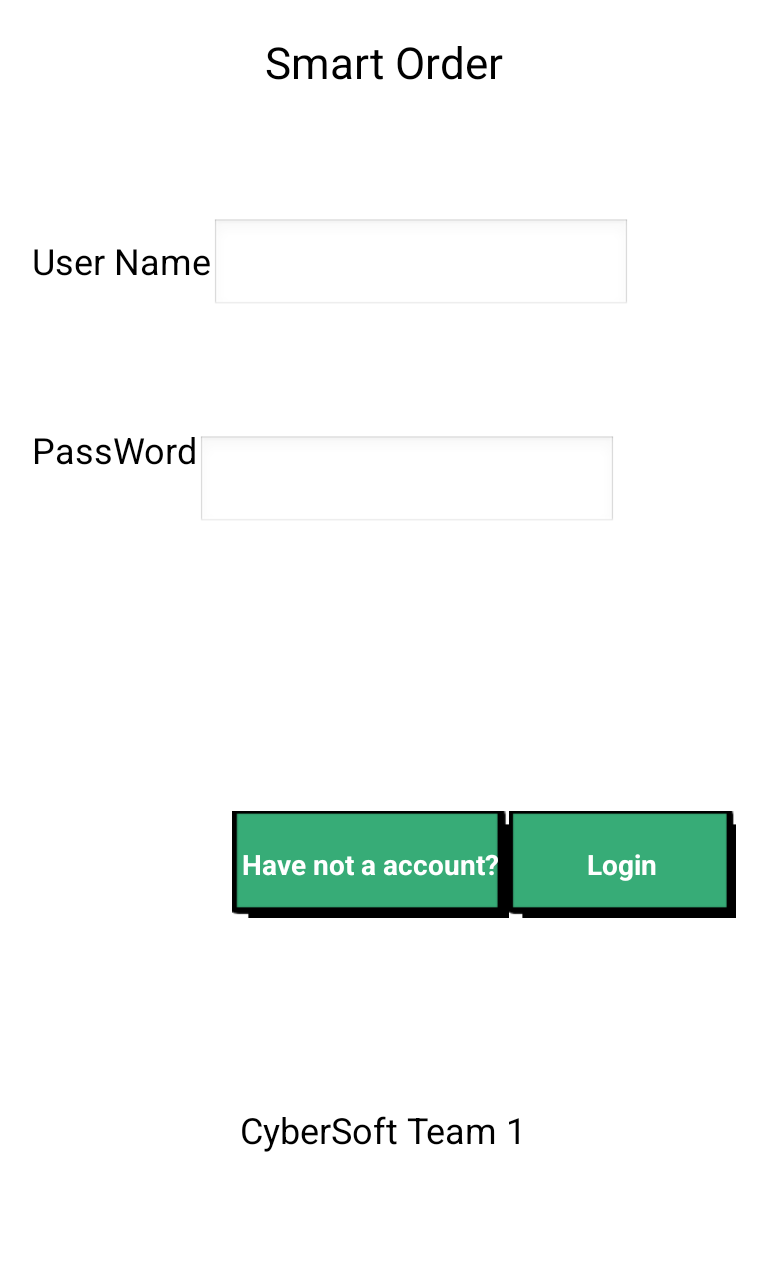
Repository: VanThi/Smart_Order
Layout: Project OS/Project_SO/res/layout/activity_login.xml
An editor plug-in stored every save of this project. The layout is shown before and after the next save, followed by the edit.
It is drawn on a 768 x 1280 px phone screen (xhdpi) without system bars, with theme android:Theme.Light.NoTitleBar.Fullscreen; the app's code is not run.

Above is the layout before, as saved 2013-11-09 11:11:27.

### Project OS/Project_SO/res/layout/activity_login.xml
<LinearLayout xmlns:android="http://schemas.android.com/apk/res/android"
    xmlns:tools="http://schemas.android.com/tools"
    android:layout_width="match_parent"
    android:layout_height="match_parent"
    android:orientation="vertical"
    android:paddingBottom="@dimen/activity_vertical_margin"
    android:paddingLeft="@dimen/activity_horizontal_margin"
    android:paddingRight="@dimen/activity_horizontal_margin"
    android:paddingTop="@dimen/activity_vertical_margin"
    tools:context=".LoginActivity" >

    <TextView
        android:id="@+id/smartOrder"
        android:layout_width="wrap_content"
        android:layout_height="0dip"
        android:layout_gravity="center_horizontal"
        android:layout_weight="2"
        android:text="@string/app_name"
        android:textAppearance="?android:attr/textAppearanceLarge" />

    <LinearLayout
        android:layout_width="wrap_content"
        android:layout_height="wrap_content"
        android:layout_weight="1"
        android:orientation="horizontal" >

        <TextView
            android:id="@+id/tv_userName"
            android:layout_width="wrap_content"
            android:layout_height="wrap_content"
            android:text="@string/userName"
            android:textAppearance="?android:attr/textAppearanceMedium" />

        <EditText
            android:id="@+id/et_userName_login"
            android:layout_width="wrap_content"
            android:layout_height="wrap_content"
            android:ems="10"
            android:inputType="text" />
    </LinearLayout>

    <LinearLayout
        android:layout_width="wrap_content"
        android:layout_height="wrap_content"
        android:layout_weight="3"
        android:orientation="horizontal" >

        <TextView
            android:id="@+id/tv_pass"
            android:layout_width="wrap_content"
            android:layout_height="wrap_content"
            android:text="@string/password"
            android:textAppearance="?android:attr/textAppearanceMedium" />

        <EditText
            android:id="@+id/et_pass_login"
            android:layout_width="wrap_content"
            android:layout_height="wrap_content"
            android:layout_marginTop="14dp"
            android:ems="10"
            android:inputType="textPassword" />
    </LinearLayout>

    <LinearLayout
        android:layout_width="wrap_content"
        android:layout_height="wrap_content"
        android:layout_weight="2"
        android:layout_gravity="right"
        android:orientation="horizontal" >

        <Button
            android:id="@+id/register"
            style="@style/Button"
            android:layout_width="wrap_content"
            android:layout_height="wrap_content"
            android:text="@string/register" />

        <Button
            android:id="@+id/login"
            style="@style/Button"
            android:layout_width="wrap_content"
            android:layout_height="wrap_content"
            android:text="@string/login" />
    </LinearLayout>

    <TextView
        android:id="@+id/cyberTeam"
        android:layout_width="wrap_content"
        android:layout_height="wrap_content"
        android:layout_gravity="center"
        android:layout_weight="1"
        android:text="@string/developer"
        android:textAppearance="?android:attr/textAppearanceMedium" />

</LinearLayout>

### Project OS/Project_SO/res/values/strings.xml
<?xml version="1.0" encoding="utf-8"?>
<resources>

    <string name="app_name">Smart Order</string>
    <string name="action_settings">Settings</string>
    <string name="hello_world">Hello world!</string>
    <string name="menu_item">Menu</string>
    <string name="configuration">View Info</string>
    <string name="viewOrder">View Order</string>
    <string name="logout">Logout</string>
    <string name="exit">Exit</string>
    <string name="userName">User Name</string>
    <string name="password">PassWord</string>
    <string name="address">Address</string>
    <string name="phoneNumber">Phone Number</string>
    <string name="email">Email</string>
    <string name="confirm">Confirm</string>
    <string name="fullName">Full Name</string>
    <string name="register">Have not a account?</string>
    <string name="login">Login</string>
    <string name="developer">CyberSoft Team 1</string>
    <string name="clear">Clear</string>
    <string name="update">Update</string>
    <string name="order">Order</string>
    <string name="save">Save</string>
    <string name="registerForm">Register Form</string>
	<string name="configurationForm">View Info</string>
	<string name="ok">OK</string>
	<string name="back">Back</string>
	<string name="inc">+</string>
	<string name="dec">-</string>

</resources>

### Project OS/Project_SO/res/values/styles.xml
<resources>

    <!--
        Base application theme, dependent on API level. This theme is replaced
        by AppBaseTheme from res/values-vXX/styles.xml on newer devices.
    -->
    <style name="AppBaseTheme" parent="android:Theme.Light">
        <!--
            Theme customizations available in newer API levels can go in
            res/values-vXX/styles.xml, while customizations related to
            backward-compatibility can go here.
        -->
    </style>

    <style name="NoActionBar" parent="@android:style/Theme.Holo.NoActionBar">
        <!-- Inherits the Holo theme with no action bar; no other styles needed. -->
    </style>

    <!-- Application theme. -->
    <style name="AppTheme" parent="AppBaseTheme">
        <!-- All customizations that are NOT specific to a particular API-level can go here. -->
    </style>

    <style name="HeaderBG">
        <item name="android:layout_width">fill_parent</item>
        <item name="android:layout_height">60dp</item>
        <item name="android:background">@drawable/header_bg</item>
        <item name="android:orientation">horizontal</item>
    </style>

    <style name="HeaderText">
        <item name="android:textColor">#FFFFFF</item>
        <item name="android:textSize">22sp</item>
        <item name="android:textStyle">bold</item>
        <item name="android:ellipsize">end</item>
        <item name="android:gravity">center</item>
        <item name="android:singleLine">true</item>
        <item name="android:text">@string/app_name</item>
    </style>

    <style name="Background">
        <item name="android:layout_width">fill_parent</item>
        <item name="android:layout_height">fill_parent</item>
        <item name="android:background">@color/background</item>
        <item name="android:orientation">vertical</item>
    </style>

    <style name="MENU">
        <item name="android:layout_width">fill_parent</item>
        <item name="android:layout_height">63dp</item>
        <item name="android:background">@drawable/menu_bg</item>
        <item name="android:gravity">center_vertical</item>
        <item name="android:padding">10dp</item>
        <item name="android:textColor">#FFFFFF</item>
        <item name="android:textSize">16sp</item>
    </style>

    <style name="TextDescription">
        <item name="android:textColor">@color/black</item>
        <item name="android:textSize">16sp</item>
        <item name="android:typeface">sans</item>
        <item name="android:textStyle">bold</item>
    </style>

    <style name="Text">
        <item name="android:textColor">@color/black</item>
        <item name="android:textSize">14sp</item>
        <item name="android:typeface">sans</item>
    </style>

    <style name="EditText">
        <item name="android:textColor">@color/black</item>
        <item name="android:textSize">14sp</item>
        <item name="android:typeface">sans</item>
        <item name="android:padding">5dp</item>
    </style>

    <style name="Button">
        <item name="android:padding">5dp</item>
        <item name="android:textStyle">bold</item>
        <item name="android:textColor">@color/white</item>
        <item name="android:textSize">14sp</item>
        <item name="android:background">@drawable/btn_bg</item>
        <item name="android:typeface">sans</item>
        <item name="android:layout_width">90dp</item>
        <item name="android:layout_height">40dp</item>
    </style>

    <style name="ButtonRight">
        <item name="android:padding">5dp</item>
        <item name="android:textStyle">bold</item>
        <item name="android:textColor">@color/white</item>
        <item name="android:textSize">14sp</item>
        <item name="android:background">@drawable/btn_bg</item>
        <item name="android:typeface">sans</item>
        <item name="android:layout_width">90dp</item>
        <item name="android:layout_height">40dp</item>
        <item name="android:layout_marginLeft">5dp</item>
    </style>

    <style name="CustomProgressBar" parent="android:Widget.ProgressBar.Horizontal">
        <item name="android:layout_width">200dp</item>
        <item name="android:layout_height">wrap_content</item>
        <item name="android:padding">5dp</item>
        <item name="android:layout_marginRight">10dp</item>
        <item name="android:indeterminateOnly">false</item>
        <item name="android:progressDrawable">@drawable/custom_progress_bar_horizontal</item>
        <item name="android:minHeight">10dip</item>
        <item name="android:maxHeight">20dip</item>
    </style>


</resources>

### Project OS/Project_SO/res/values/colors.xml
<?xml version="1.0" encoding="utf-8"?>
<resources>
	<color name="transparent">#00000000</color>
	<color name="menu_background">#C0C0C0</color>
	<color name="background">#ffffff</color>

	<!-- Process bar -->
	<color name="black">#000000</color>
	<color name="white">#ffffff</color>
	<color name="progressbar">#4b80ce</color>

</resources>

### Project OS/Project_SO/res/drawable/btn_bg.xml
<?xml version="1.0" encoding="utf-8"?>
<selector xmlns:android="http://schemas.android.com/apk/res/android">
    <item android:state_pressed="true"
          android:drawable="@drawable/btn_bg_selected" /> <!-- pressed -->
    <item android:state_focused="true"
          android:drawable="@drawable/btn_bg_selected" /> <!-- focused -->
    <item android:drawable="@drawable/btn_bg_normal" /> <!-- default -->
</selector>

Loaded but not shown: Project OS/Project_SO/res/values/dimens.xml (common file)

After the next save:
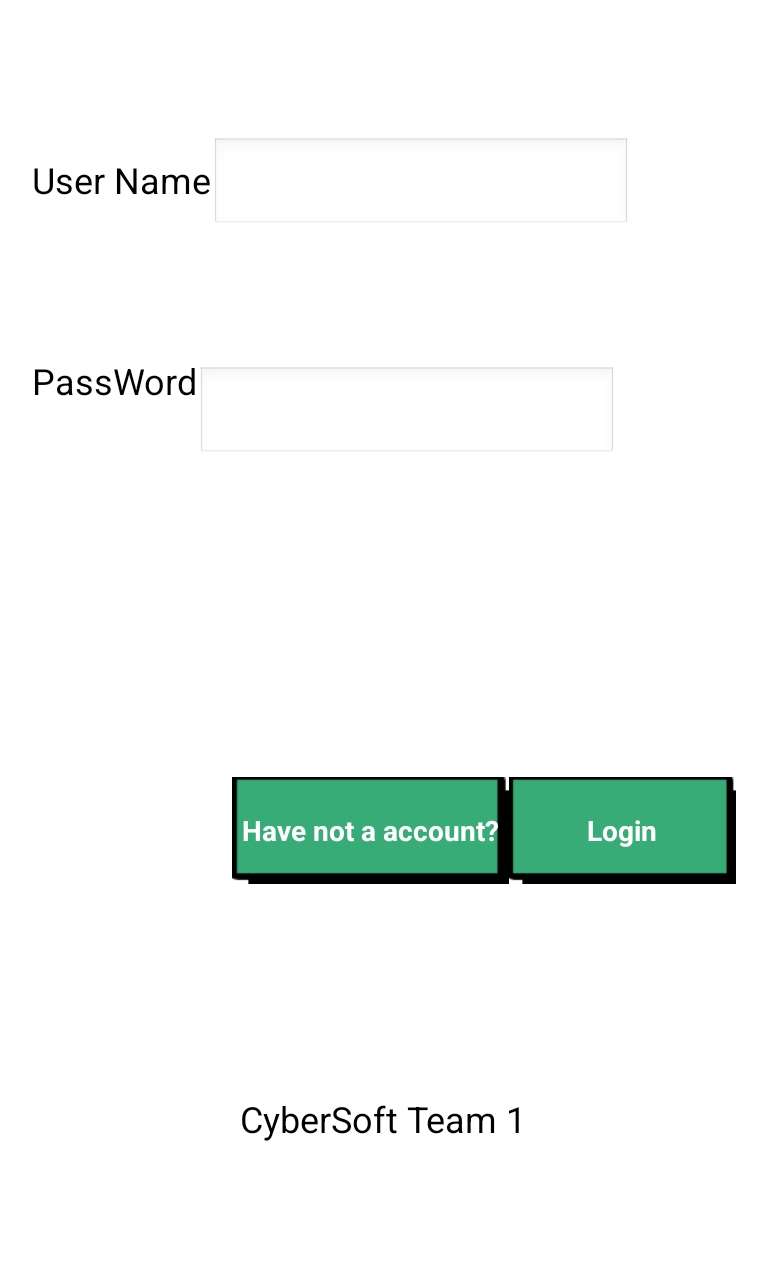
Saved 12 min 33 s later.
--- a/Project OS/Project_SO/res/layout/activity_login.xml
+++ b/Project OS/Project_SO/res/layout/activity_login.xml
@@ -10,11 +10,15 @@
     tools:context=".LoginActivity" >
 
     <TextView
-        android:id="@+id/smartOrder"
         android:layout_width="wrap_content"
         android:layout_height="0dip"
         android:layout_gravity="center_horizontal"
-        android:layout_weight="2"
+        android:layout_weight="1"
+        />
+
+    <TextView
+        android:id="@+id/smartOrder"
+
         android:text="@string/app_name"
         android:textAppearance="?android:attr/textAppearanceLarge" />
 
